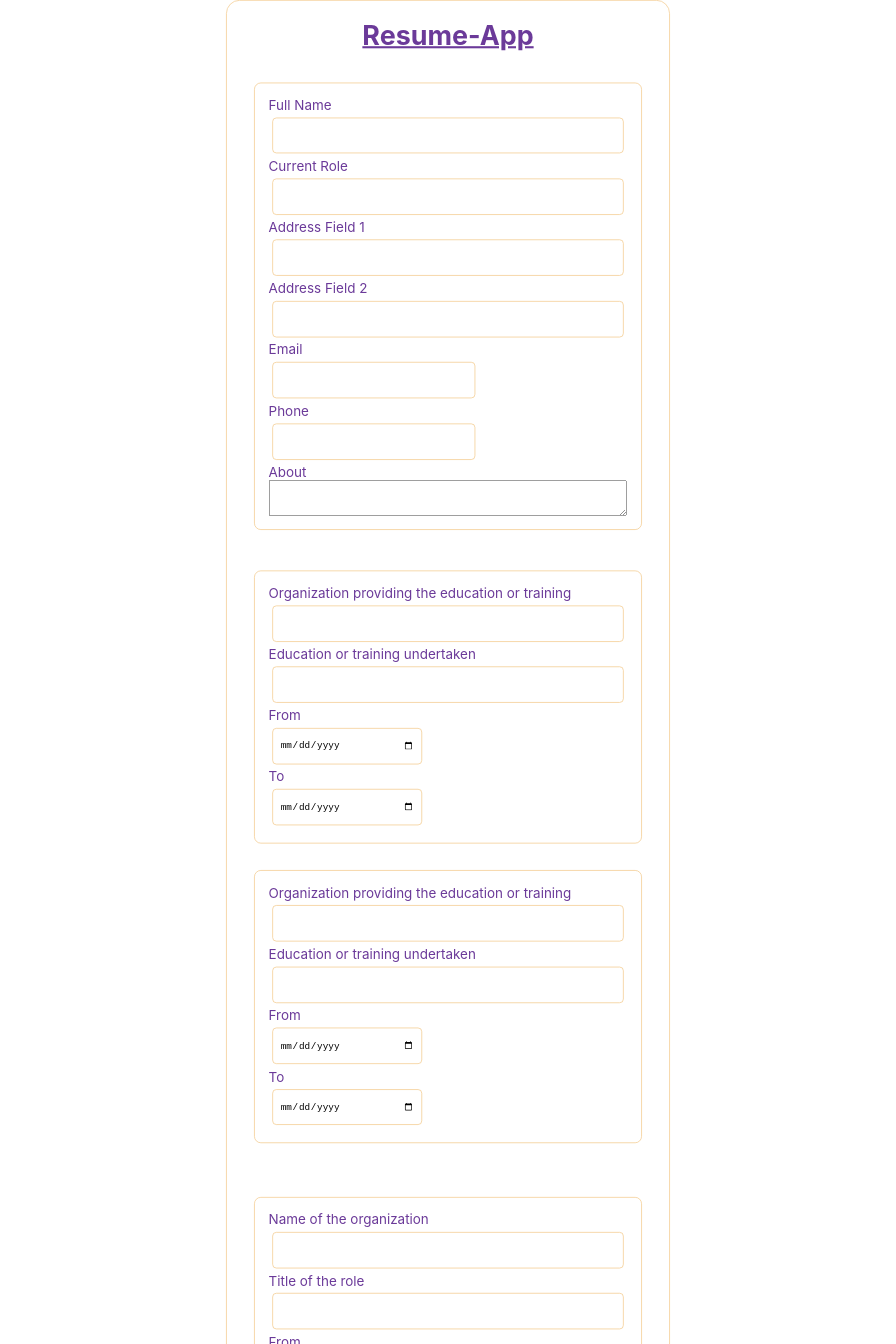
Repository: 0101chaitanya/resume-app
Page: /
These files come from the project's save history. The page is drawn as it stood at one moment and after the next save; the edit follows.
The browser window is 1280 px wide. The pictures show the part of the page from y = 0 to 1920 px (the page is 4035 px tall before and 3427 px after), at 70% of full size.
The project was rebuilt for these pictures with package versions that can differ from the ones it lists, and the page was loaded fresh each time.

Above is the page before, as saved 2021-07-28 18:34:12.

### src/App.js
import React, { useState, useEffect } from "react";
import logo from "./logo.svg";
import "./App.css";
import Section1 from "./components/section1";
import Section2 from "./components/section2";
import Section3 from "./components/section3";
/* fullName: "",
    currentRole: "",
    address1: "",
    address2: "",
    about: "",
    phone: "",
    email: "",

    schoolName1: "",
    titleOfStudy1: "",
    from1: "",
    to1: "",

    schoolName2: "",
    titleOfStudy2: "",
    from2: "",
    to2: "",

    organizationName1: "",
    titleOfRole1: "",
    workedFrom1: "",
    workedTill1: "",

    organizationName2: "",
    titleOfRole2: "",
    workedFrom2: "",
    workedTill2: "",


    */

function App() {
  const [state, setState] = useState({
    skills: "",

    project1: "",
    project2: "",
    project3: "",
  });
  useEffect(() => {
    console.log(state);
  });
  const onChange = (e) => {
    const { name, value } = e.target;
    console.log(name, value);
    setState({
      ...state,
      [name]: value,
    });
    console.log(state);
  };
  const handleSubmit = (e) => {
    localStorage.setItem("savedData", JSON.stringify(state));
    setState({
      fullName: "",
      currentRole: "",
      address1: "",
      address2: "",
      email: "",
      phone: "",
      about: "fsfesffsffsefsfsefes",
      schoolName1: "",
      titleOfStudy1: "",
      from1: "",
      to1: "",
      schoolName2: "",
      titleOfStudy2: "",
      from2: "",
      to2: "",
      organizationName1: "",
      titleOfRole1: "",
      workedFrom1: "",
      workedTill1: "",
      organizationName2: "",
      titleOfRole2: "",
      workedFrom2: "",
      workedTill2: "",
      skills: "",
      project1: "",
      project2: "",
      project3: "",
    });
    e.target.submit();
  };

  return (
    <div className="app">
      <header className="App-header">
        <h1>Resume-App</h1>
      </header>
      <form
        onSubmit={(e) => {
          e.preventDefault();
          handleSubmit(e);
        }}
      >
        <Section1 state={state} onChange={onChange.bind(this)} />
        <Section2 state={state} onChange={onChange.bind(this)} />
        <Section3 state={state} onChange={onChange.bind(this)} />

        <div className="section section3">
          <div className="job1">
            <label htmlFor="organizationName1">
              Name of the organization
              <input
                required
                id="organizationName1"
                name="organizationName1"
                onChange={onChange}
                value={state.organizationName1}
                type="text"
              />
            </label>
            <label htmlFor="titleOfRole1">
              Title of the role
              <input
                required
                id="titleOfRole1"
                name="titleOfRole1"
                onChange={onChange}
                value={state.titleOfRole1}
                type="text"
              />
            </label>
            <label htmlFor="workedFrom1">
              From
              <input
                required
                id="workedFrom1"
                name="workedFrom1"
                onChange={onChange}
                value={state.workedFrom1}
                type="date"
              />
            </label>
            <label htmlFor="workedTill1">
              To
              <input
                required
                id="workedTill1"
                name="workedTill1"
                onChange={onChange}
                value={state.workedTill1}
                type="date"
              />
            </label>
          </div>
          <div className="job2">
            <label htmlFor="organizationName2">
              Name of the organization
              <input
                id="organizationName2"
                name="organizationName2"
                onChange={onChange}
                value={state.organizationName2}
                type="text"
              />
            </label>
            <label htmlFor="titleOfRole2">
              Title of the role
              <input
                id="titleOfRole2"
                name="titleOfRole2"
                onChange={onChange}
                value={state.titleOfRole2}
                type="text"
              />
            </label>
            <label htmlFor="workedFrom2">
              From
              <input
                id="workedFrom2"
                name="workedFrom2"
                onChange={onChange}
                value={state.workedFrom2}
                type="date"
              />
            </label>
            <label htmlFor="workedTill2">
              To
              <input
                id="workedTill2"
                name="workedTill2"
                onChange={onChange}
                value={state.workedTill2}
                type="date"
              />
            </label>
          </div>
        </div>
        <div className="section section4">
          <label htmlFor="skills">
            Skills
            <input
              required
              id="skills"
              name="skills"
              onChange={onChange}
              value={state.skills}
              type="text"
            />
          </label>
        </div>
        <div className="section section5">
          <ol>
            Projects:
            <li>
              <label htmlFor="project1">
                <input
                  required
                  id="project1"
                  name="project1"
                  onChange={onChange}
                  value={state.project1}
                  type="text"
                />
              </label>
            </li>
            <li>
              <label htmlFor="project2">
                <input
                  required
                  id="project2"
                  name="project2"
                  onChange={onChange}
                  value={state.project2}
                  type="text"
                />
              </label>
            </li>
            <li>
              <label htmlFor="project3">
                <input
                  id="project3"
                  name="project3"
                  onChange={onChange}
                  value={state.project3}
                  type="text"
                />
              </label>
            </li>
          </ol>
        </div>
        <button type="submit">Save</button>
      </form>
    </div>
  );
}

export default App;

### src/App.css
html {
  font-size: 1.2rem;
  font-weight: 400;
  color: rgb(107, 58, 153);
}
input {
  border-radius: 0.3rem;
  height: 1.6rem;
  border: 0.1rem solid rgb(243, 200, 135);
  border-radius: 0.3rem;
  padding: 0.5rem;
}
.app {
  margin: auto;
  display: flex;
  flex-direction: column;
  border: 0.1rem solid rgb(243, 200, 135);
  width: fit-content;
  border-radius: 1rem;
  height: fit-content;
}

h1 {
  text-align: center;
  text-decoration: underline;
}
label {
  display: flex;
  flex-direction: column;
}
input[type="text"] {
  width: 25rem;
  margin: 0.3rem;
}
input[type="email"],
input[type="tel"] {
  width: 14rem;

  margin: 0.3rem;
}

input[type="date"] {
  width: 10rem;

  margin: 0.3rem;
}
.edu1,
.edu2,
.job1,
.job2 {
  margin: 1rem;
  padding: 1rem;
  border-radius: 0.5rem;
  border: 1px solid rgb(243, 200, 135);
}
.section {
  margin: 1rem;
  display: flex;
  flex-direction: column;
  justify-content: center;
}
form {
  display: flex;
  flex-direction: column;
  align-items: center;
}
button {
  justify-self: center;
  align-self: center;
  margin: 1rem;
  padding: 0.5rem;
  background-color: rgb(238, 238, 195);
  border-radius: 0.3rem;
  border: 1px solid rgb(243, 200, 135);
}

.section1,
.section4,
.section5 {
  margin: 1rem;
  padding: 1rem;

  border-radius: 0.5rem;
  border: 1px solid rgb(243, 200, 135);
}

### src/components/section1.js
import React, { useState } from "react";

export default function Section1(props) {
  const [state, setState] = useState({
    fullName: props.state.fullName,
    currentRole: props.state.currentRole,
    address1: props.state.address1,
    address2: props.state.address2,
    email: props.state.email,
    phone: props.state.phone,
    about: props.state.about,

    /* fullName: "",
    currentRole: "",
    address1: "",
    address2: "",
    about: "",
    phone: "",
    email: "", */
  });
  return (
    <div className="section section1">
      <label htmlFor="fullName">
        Full Name
        <input
          required
          id="fullName"
          name="fullName"
          onChange={(e) => props.onChange(e)}
          value={state.fullName}
          type="text"
        />
      </label>
      <label htmlFor="currentRole">
        Current Role
        <input
          required
          id="currentRole"
          name="currentRole"
          onChange={props.onChange}
          value={state.currentRole}
          type="text"
        />
      </label>
      <label htmlFor="address1">
        Address Field 1
        <input
          required
          id="address1"
          name="address1"
          onChange={props.onChange}
          value={state.address1}
          type="text"
        />
      </label>
      <label htmlFor="address2">
        Address Field 2
        <input
          required
          id="address2"
          name="address2"
          onChange={props.onChange}
          value={state.address2}
          type="text"
        />
      </label>
      <label htmlFor="email">
        Email
        <input
          required
          id="email"
          name="email"
          onChange={props.onChange}
          value={state.email}
          type="email"
        />
      </label>
      <label htmlFor="phone">
        Phone
        <input
          required
          id="phone"
          name="phone"
          onChange={props.onChange}
          value={state.phone}
          type="tel"
        />
      </label>
      <label htmlFor="about">
        About
        <textarea
          rows={3}
          id="about"
          name="about"
          onChange={props.onChange}
          value={state.about}
        />
      </label>
    </div>
  );
}

### src/components/section2.js
import React, { useState } from "react";

export default function Section2(props) {
  const [state, setState] = useState({
    schoolName1: props.state.schoolName1,
    titleOfStudy1: props.state.titleOfStudy1,
    from1: props.state.from1,
    to1: props.state.to1,

    schoolName2: props.state.schoolName2,
    titleOfStudy2: props.state.titleOfStudy2,
    from2: props.state.from2,
    to2: props.state.to2,
  });

  return (
    <div className="section section2">
      <div className="edu1">
        <label htmlFor="schoolName1">
          Organization providing the education or training
          <input
            required
            id="schoolName1"
            name="schoolName1"
            onChange={props.onChange}
            value={state.schoolName1}
            type="text"
          />
        </label>
        <label htmlFor="titleOfStudy1">
          Education or training undertaken
          <input
            required
            id="titleOfStudy1"
            name="titleOfStudy1"
            onChange={props.onChange}
            value={state.titleOfStudy1}
            type="text"
          />
        </label>
        <label htmlFor="from1">
          From
          <input
            required
            id="from1"
            name="from1"
            onChange={props.onChange}
            value={state.from1}
            type="date"
          />
        </label>
        <label htmlFor="to1">
          To
          <input
            required
            id="to1"
            name="to1"
            onChange={props.onChange}
            value={state.to1}
            type="date"
          />
        </label>
      </div>
      <div className="edu2">
        <label htmlFor="schoolName2">
          Organization providing the education or training
          <input
            required
            id="schoolName2"
            name="schoolName2"
            onChange={props.onChange}
            value={state.schoolName2}
            type="text"
          />
        </label>
        <label htmlFor="titleOfStudy2">
          Education or training undertaken
          <input
            required
            id="titleOfStudy2"
            name="titleOfStudy2"
            onChange={props.onChange}
            value={state.titleOfStudy2}
            type="text"
          />
        </label>
        <label htmlFor="from2">
          From
          <input
            required
            id="from2"
            name="from2"
            onChange={props.onChange}
            value={state.from2}
            type="date"
          />
        </label>
        <label htmlFor="to2">
          To
          <input
            required
            id="to2"
            name="to2"
            onChange={props.onChange}
            value={state.to2}
            type="date"
          />
        </label>
      </div>
    </div>
  );
}

### src/components/section3.js
import React, { useState } from "react";

export default function Section3(props) {
  const [state, setState] = useState({
    organizationName1: props.state.organizationName1,
    titleOfRole1: props.state.titleOfRole1,
    workedFrom1: props.state.workedFrom1,
    workedTill1: props.state.workedTill1,

    organizationName2: props.state.organizationName2,
    titleOfRole2: props.state.titleOfRole2,
    workedFrom2: props.state.workedFrom2,
    workedTill2: props.state.workedTill2,
  });
  return (
    <div className="section section3">
      <div className="job1">
        <label htmlFor="organizationName1">
          Name of the organization
          <input
            required
            id="organizationName1"
            name="organizationName1"
            onChange={props.onChange}
            value={state.organizationName1}
            type="text"
          />
        </label>
        <label htmlFor="titleOfRole1">
          Title of the role
          <input
            required
            id="titleOfRole1"
            name="titleOfRole1"
            onChange={props.onChange}
            value={state.titleOfRole1}
            type="text"
          />
        </label>
        <label htmlFor="workedFrom1">
          From
          <input
            required
            id="workedFrom1"
            name="workedFrom1"
            onChange={props.onChange}
            value={state.workedFrom1}
            type="date"
          />
        </label>
        <label htmlFor="workedTill1">
          To
          <input
            required
            id="workedTill1"
            name="workedTill1"
            onChange={props.onChange}
            value={state.workedTill1}
            type="date"
          />
        </label>
      </div>
      <div className="job2">
        <label htmlFor="organizationName2">
          Name of the organization
          <input
            id="organizationName2"
            name="organizationName2"
            onChange={props.onChange}
            value={state.organizationName2}
            type="text"
          />
        </label>
        <label htmlFor="titleOfRole2">
          Title of the role
          <input
            id="titleOfRole2"
            name="titleOfRole2"
            onChange={props.onChange}
            value={state.titleOfRole2}
            type="text"
          />
        </label>
        <label htmlFor="workedFrom2">
          From
          <input
            id="workedFrom2"
            name="workedFrom2"
            onChange={props.onChange}
            value={state.workedFrom2}
            type="date"
          />
        </label>
        <label htmlFor="workedTill2">
          To
          <input
            id="workedTill2"
            name="workedTill2"
            onChange={props.onChange}
            value={state.workedTill2}
            type="date"
          />
        </label>
      </div>
    </div>
  );
}

Loaded but not shown: public/index.html (common file); src/index.js (common file); src/index.css (common file); src/reportWebVitals.js (common file)

After the next save:
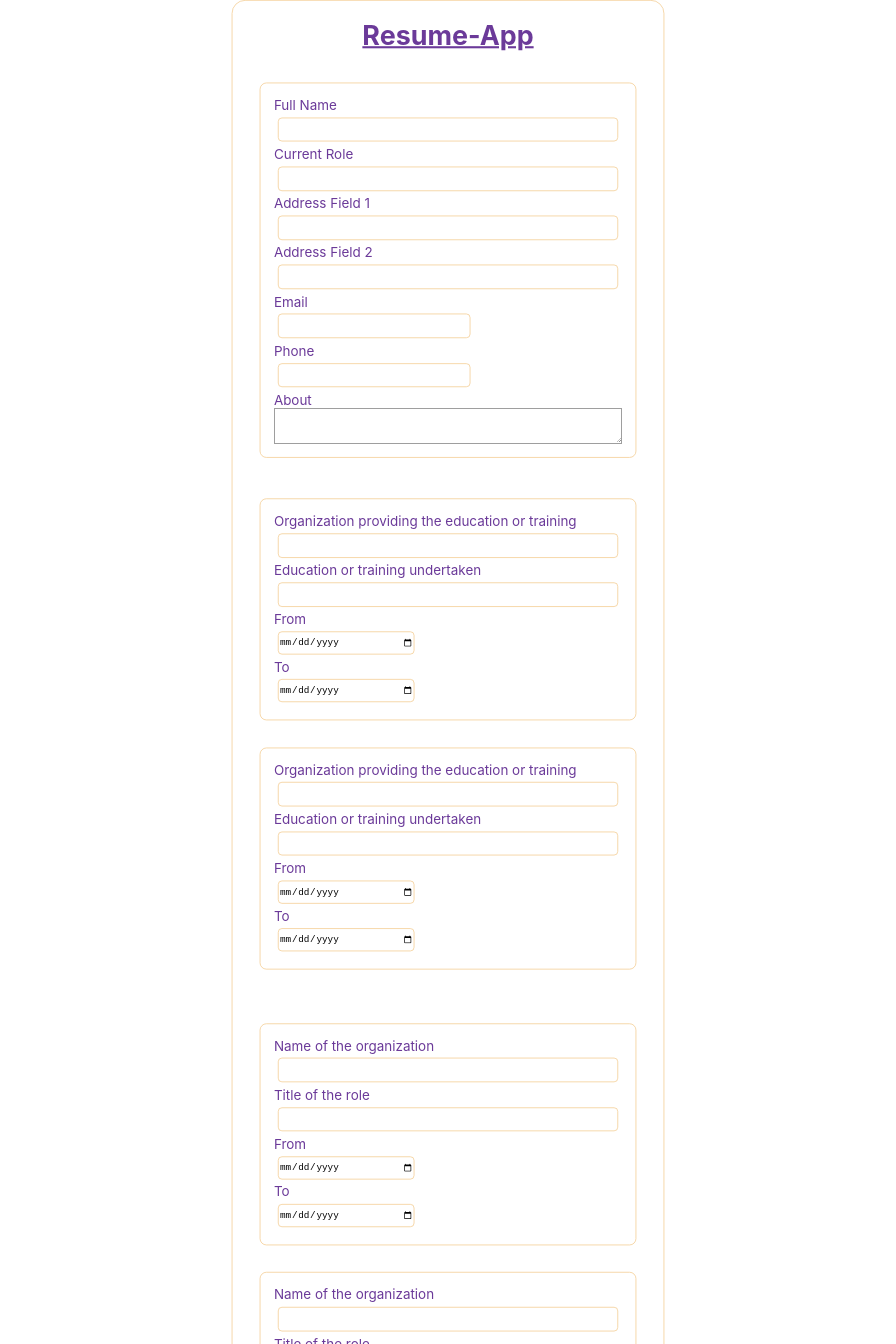
Saved 9 s later.
--- a/src/App.css
+++ b/src/App.css
@@ -8,7 +8,6 @@ input {
   height: 1.6rem;
   border: 0.1rem solid rgb(243, 200, 135);
   border-radius: 0.3rem;
-  padding: 0.5rem;
 }
 .app {
   margin: auto;
